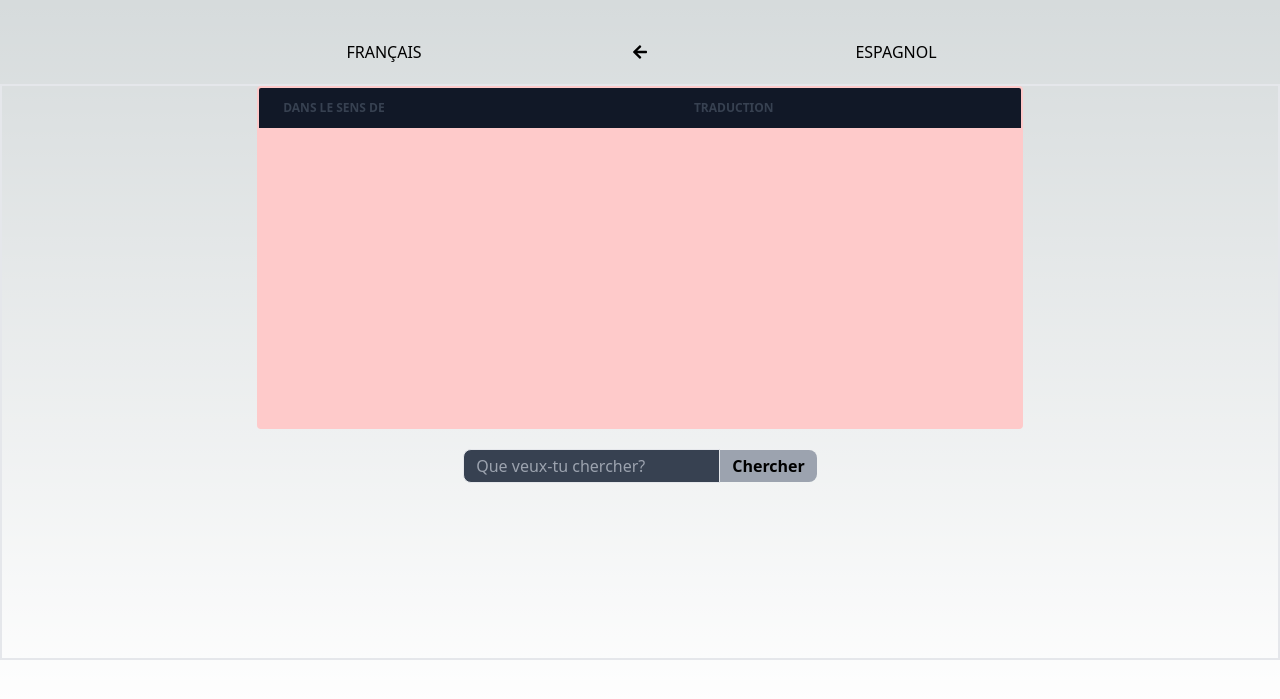
Repository: All-Khwarizmi/Dico
Page: /
These files come from the project's save history. The page is drawn as it stood at one moment and after the next save; the edit follows.
The browser window is 1280 px wide. The pictures show the whole page.
The project was rebuilt for these pictures with package versions that can differ from the ones it lists, and the page was loaded fresh each time. The framework's server and built-in components were replaced by stand-ins that run in the browser. Also part of the build but not shown: next.config.js, vite.config.ts.

Above is the page before, as saved 2023-02-17 18:31:04.

After the next save:
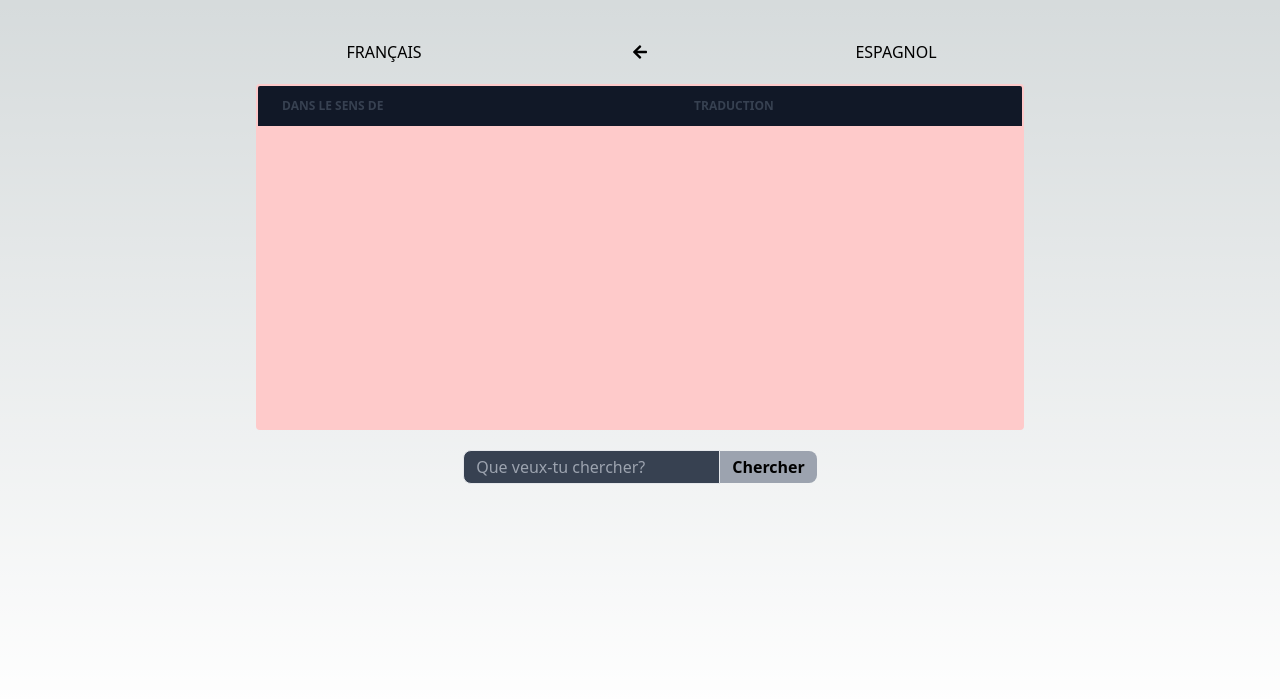
Saved 5 s later.
--- a/src/app/page.tsx
+++ b/src/app/page.tsx
@@ -107,7 +107,7 @@ export default function Home() {
           </div>
         )}
       </div>
-      <div className='flex h-[80%] flex-col border  border-2 items-center gap-5'>
+      <div className='flex h-[80%] flex-col  items-center gap-5'>
         <div className=' h-[60%] max-h-[80%] w-[60%] overflow-scroll rounded border-2 border-solid border-red-200 bg-red-200'>
           <div className='text-black '>
             <div className=''>
